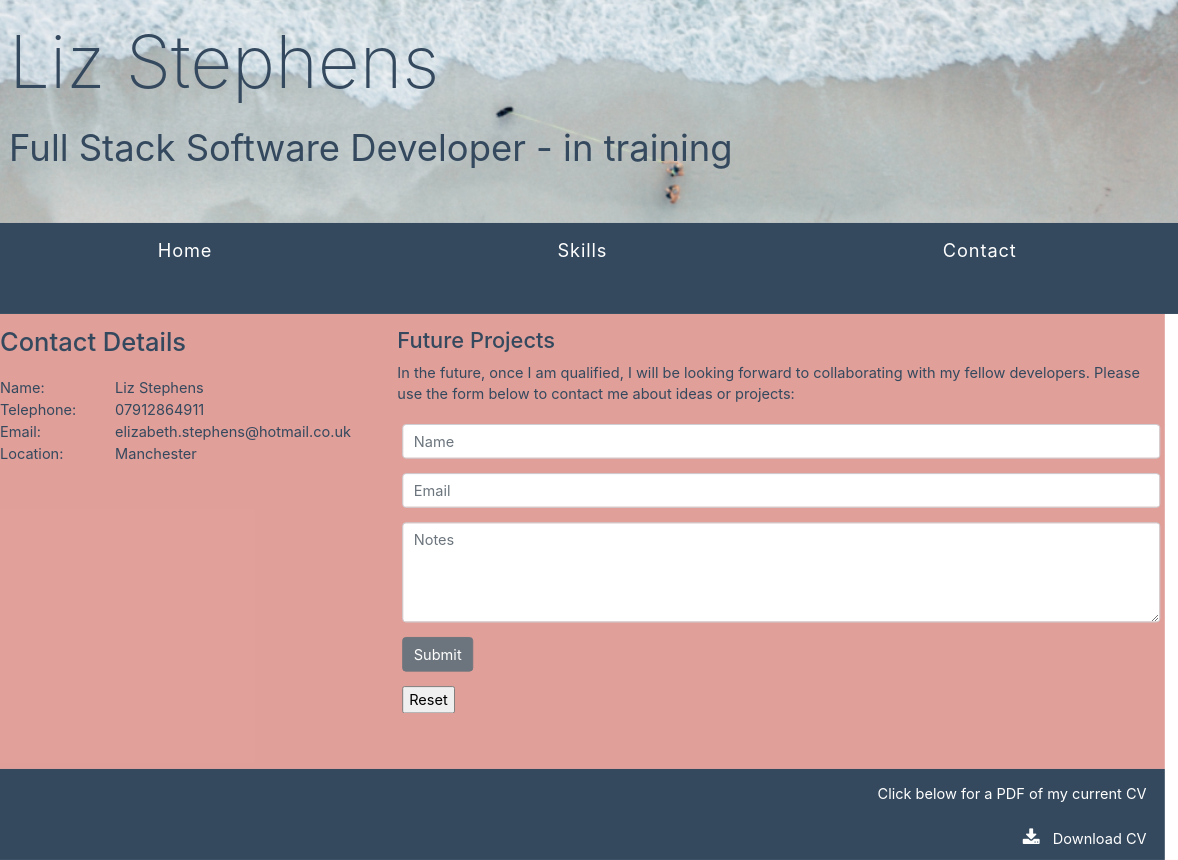
Repository: Liz94688/portfolio-site
Page: contact.html
The author's editor kept a record of every edit. The page is drawn from the files as they stood at one moment, then again after the next edit.
The browser window is 1280 px wide. The page is 1295 px wide, so the pictures cover 1295 px, including what lies to the right of the window. The pictures show the whole page, at 91% of full size.

Above is the page before.

### contact.html
<!DOCTYPE html>
<html lang="en">

<head>
    <meta charset="UTF-8">
    <meta name="viewport" content="width=device-width, initial-scale=1.0">
    <meta http-equiv="X-UA-Compatible" content="ie=edge">
    <link rel="stylesheet" href="https://stackpath.bootstrapcdn.com/bootstrap/4.3.1/css/bootstrap.min.css" type="text/css" />
    <link rel="stylesheet" href="https://stackpath.bootstrapcdn.com/font-awesome/4.7.0/css/font-awesome.min.css" type="text/css" />
    <link rel="stylesheet" href="assets/css/style.css" type="text/css" />
    <title>Liz Stephens Portfolio - Full Stack Web Developer</title>
</head>

<body>
    <header>
        <div class="row header-image">
            <div class="col">
                <h1 class="header-name">Liz Stephens</h1>
                <h2 class="header-title">Full Stack Software Developer - in training</h2>
            </div>
        </div>

        <div class="row header-nav">
            <div class="col">
                <ul id="nav" class="list-inline header-nav-container">
                    <li class="col-sm-4 header-nav-color-home header-nav-item list-inline-item">
                        <a href="#"><span>Home</span></a>
                    </li>
                    <li class="col-sm-4 header-nav-color-skills header-nav-item list-inline-item">
                        <a href="#"><span>Skills</span></a>
                    </li>
                    <li class="col-sm-4 header-nav-color-contact header-nav-item list-inline-item">
                        <a href="#"><span>Contact</span></a>
                    </li>
                </ul>
            </div>
        </div>
        </div>
    </header>

    <section id="contact" class="container-fluid contact-container">
        <div class="row">
            <div class="col-md-4 contact-info">

                <div class="row">
                    <div class="col-12">
                        <h3 class="contact-details-title">
                            Contact Details
                        </h3>
                    </div>
                </div>

                <div class="row">
                    <div class="col-12">
                        <div class="contact-details-itemised">
                            <div class="key">
                                <p>Name:</p>
                            </div>
                            <div class="value">
                                <p>Liz Stephens</p>
                            </div>
                            <div class="key">
                                <p>Telephone:</p>
                            </div>
                            <div class="value">
                                <p>07912864911</p>
                            </div>
                            <div class="key">
                                <p>Email:</p>
                            </div>
                            <div class="value">
                                <p>elizabeth.stephens@hotmail.co.uk</p>
                            </div>
                            <div class="key">
                                <p>Location:</p>
                            </div>
                            <div class="value">
                                <p>Manchester</p>
                            </div>
                        </div>
                    </div>
                </div>

            </div>

            <div class="col-md-8 contact-form">
                <div class="row">
                    <div class="col-12">
                        <h4>
                            Future Projects
                        </h4>
                    </div>
                </div>
                <div class="row">
                    <div class="col-12">
                        <p>In the future, once I am qualified, I will be looking forward to collaborating with my fellow developers. Please use the form below to contact me about ideas or projects: </p>
                    </div>
                </div>
                <div class="col-12 contact-groups">
                    <form>
                        <div class="form-group">
                            <input type="text" name="Name" class="form-control" placeholder="Name" required>
                        </div>
                        <div class="form-group">
                            <input type="email" name="Email" class="form-control" placeholder="Email" required>
                        </div>
                        <div class="form-group">
                            <textarea rows="4" name="Notes" class="form-control" placeholder="Notes"></textarea>
                        </div>
                        <div class="form-group">
                            <button type="submit" class="btn btn-secondary">Submit</button>
                        </div>
                        <div class="form-group">
                            <input type="reset" value="Reset">
                        </div>
                    </form>
                </div>
            </div>
        </div>
    </section>

    <footer class="container-fluid">
        <div class="row footer-nav">
            <div class="col footer-nav-item">
                <p>Click below for a PDF of my current CV</p>
                <a href="./assets/Liz_CV.pdf" target="_blank"><i class="fa fa-download" aria-hidden="true"></i><span> Download CV </span></a>
            </div>
        </div>
    </footer>
</body>

</html>

### assets/css/style.css
@import url('https://fonts.googleapis.com/css?family=Montserrat&display=swap:100,200,300,400,500,600,700');

/*------------------------------Header*/

header {
    margin: 0;
    padding: 0;
}

.header-image {
    background-image: url('../images/welcome-view.jpg');
    background-position: center;
    background-repeat: no-repeat;
    background-size: cover;
    min-height: 240px;
    transition: all .5s ease-in-out;
    -moz-transition: all .5s ease-in-out;
    -webkit-transition: all .5s ease-in-out;
}

.header-name {
    font-weight: 200;
    font-size: 80px;
    color: #34495E;
    padding-top: 20px;
    padding-left: 25px;
}

.header-title {
    font-weight: 400;
    font-size: 40px;
    color: #34495E;
    padding-top: 15px;
    padding-bottom: 50px;
    padding-left: 25px;
}

/*------------------------------Header-Nav*/

.col {
    padding: 0;
}

li a {
    color: #fff;
    padding: 0;
    text-decoration: none;
}

.row {
    padding-bottom: 0;
}


.list-inline-item:not(:last-child) {
    margin: 0;
}

.header-nav-container {
    font-size: 0;
}

.col ul {
    margin-bottom: 0;
}

#nav li {
    padding: 0;
}

.header-nav-item {
    height: 100px;
    text-align: center;
}

.header-nav-item a {
    width: 100%;
    text-decoration: none;
    color: #fff;
}

.header-nav-item span {
    display: block;
    padding-top: 15px;
    font-size: 20px;
    letter-spacing: 1px;
}

/*------------------------------Navbar Colours/Background Colours*/

ul {
    background-color: #34495E;
}

.header-nav-color-home:hover {
    background-color: #4682B4;
}

.header-nav-color-skills:hover {
    background-color: #48D1CC;
}

.header-nav-color-contact:hover {
    background-color: #D98880;
}

.header-nav-color-home.active {
    background-color: #4682B4;
}

.header-nav-color-skills.active {
    background-color: #48D1CC;
}

.header-nav-color-contact.active {
    background-color: #D98880;
}

.home-bg-color {
    background-color: #4682B4;
}

/*------------------------------So far...*/

section {
    margin: 0;
    padding: 0;
}

.about-container {
    min-height: 500px;
    background-color: rgba(70, 130, 180, 0.8);
    color: #34495E;
    padding-bottom: 20px;
}

.so-far-title {
    padding-top: 20px;
    margin-bottom: 30px;
}

.so-far-title h3 {
    margin: 0;
}

.so-far-paragraph p {
    margin-bottom: 15px;
}

/*------------------------------Timeline*/

.timeline {
    position: relative;
    margin: 0 auto;
}

.timeline::after {
    content: '';
    position: absolute;
    width: 6px;
    background-color: #fff;
    top: 0;
    bottom: 0;
    left: 50%;
    margin-left: -2px;
}

.container {
    padding: 10px 20px;
    position: relative;
    background-color: #34495E;
    width: 50%;
    color: #fff;
    margin-left: 0;
}

.left {
    left: 0;
}

.right {
    left: 50%;
}

/*------------------------------Skills*/

.skills-container {
    margin: 0;
    min-height: 500px;
    background-color: rgba(72, 209, 204, 0.8);
    color: #34495E;
    padding-bottom: 20px;
}

.skills-title {
    padding-top: 20px;
    margin-bottom: 30px;
}

.skills-progression {
    margin-bottom: 30px;
}

.progress {
    height: 35px;
    margin-bottom: 15px;
    position: relative;
}

.progress-type {
    position: absolute;
    color: #283747;
    left: 0px;
    padding: 2px 30px 2px 5px;
}

/*------------------------------Contact Info*/

.contact-container {
    padding: 0;
    margin: 0;
    min-height: 500px;
    background-color: rgba(217, 136, 128, 0.8);
    color: #34495E;
    padding-bottom: 20px;
}

.contact-info {
    padding-top: 15px;
    margin-bottom: 20px;
}

.contact-details-title {
    margin-bottom: 20px;
}

.contact-details-itemised .key,
.contact-details-itemised .value {
    display: inline-block;
    padding-right: 10px;
}

.contact-details-itemised .key p,
.contact-details-itemised .value p {
    margin: 0
    ;
}

.contact-details-itemised .key {
    width: 30%;
}

.contact-details-itemised .value {
    position: relative;
    width: 60%;
}


/*------------------------------Contact Form*/

.contact-form {
    padding-top: 15px;
}

.contact-groups {
    padding: 0;
}

form {
    margin: 5px;
}

/*------------------------------Footer*/

footer {
    min-height: 100px;
    margin: 0;
    padding: 0;
}

.footer-nav {
    background-color: #34495E;
}

.footer-nav-item {
    height: 100px;
    text-align: right;
    padding: 15px 20px;
    color: #fff;
}

.footer-nav-item a {
    text-decoration: none;
    color: #fff;
}

.footer-nav-item a i {
    font-size: 20px;
    padding: 10px;
}


/*------------------------------IGNORE - TO DELETE*/

After the next edit:
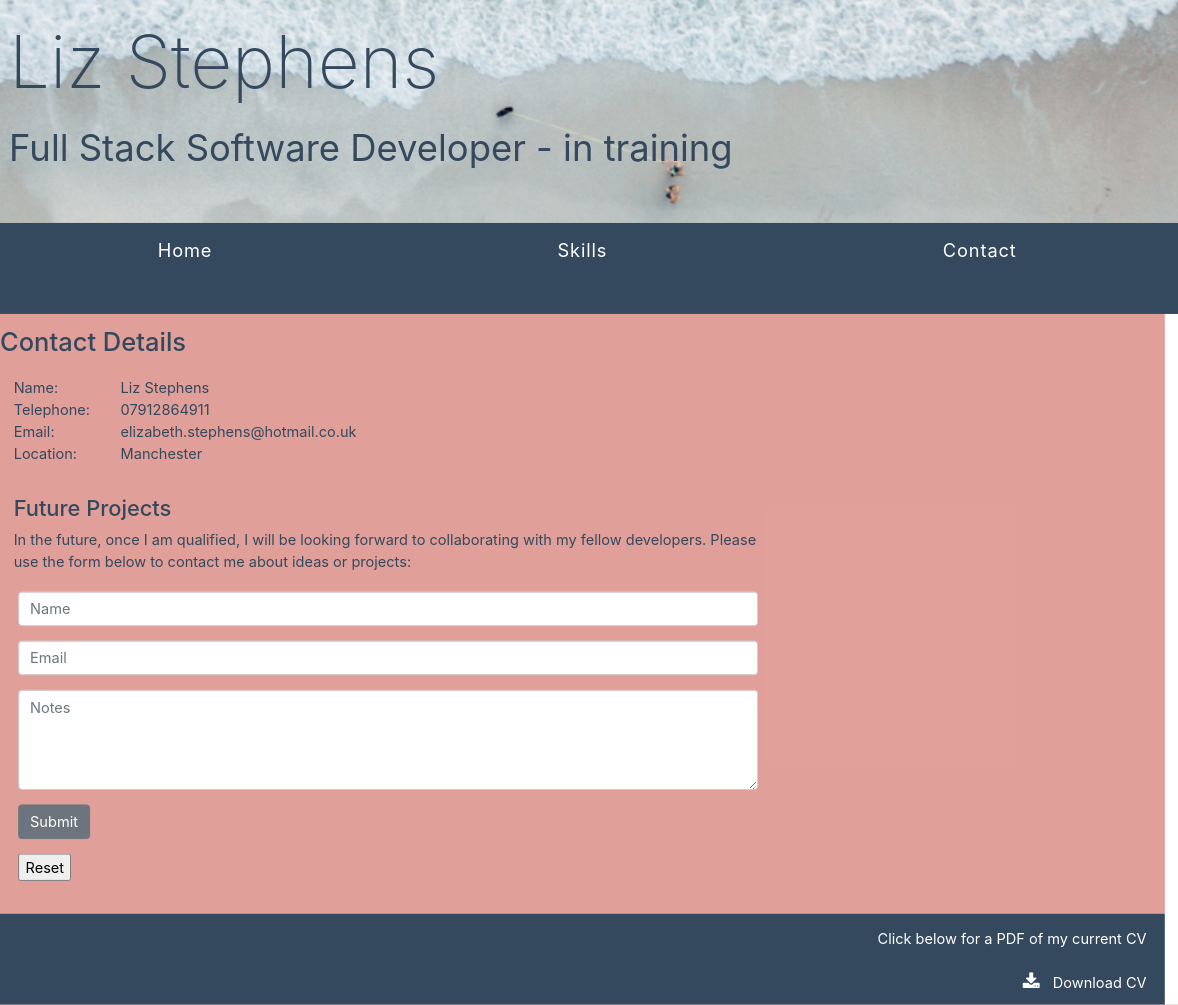
The edit:
--- a/contact.html
+++ b/contact.html
@@ -50,9 +50,7 @@
                     </div>
                 </div>
 
-                <div class="row">
-                    <div class="col-12">
-                        <div class="contact-details-itemised">
+                        <div class="col-12 contact-details-itemised">
                             <div class="key">
                                 <p>Name:</p>
                             </div>
